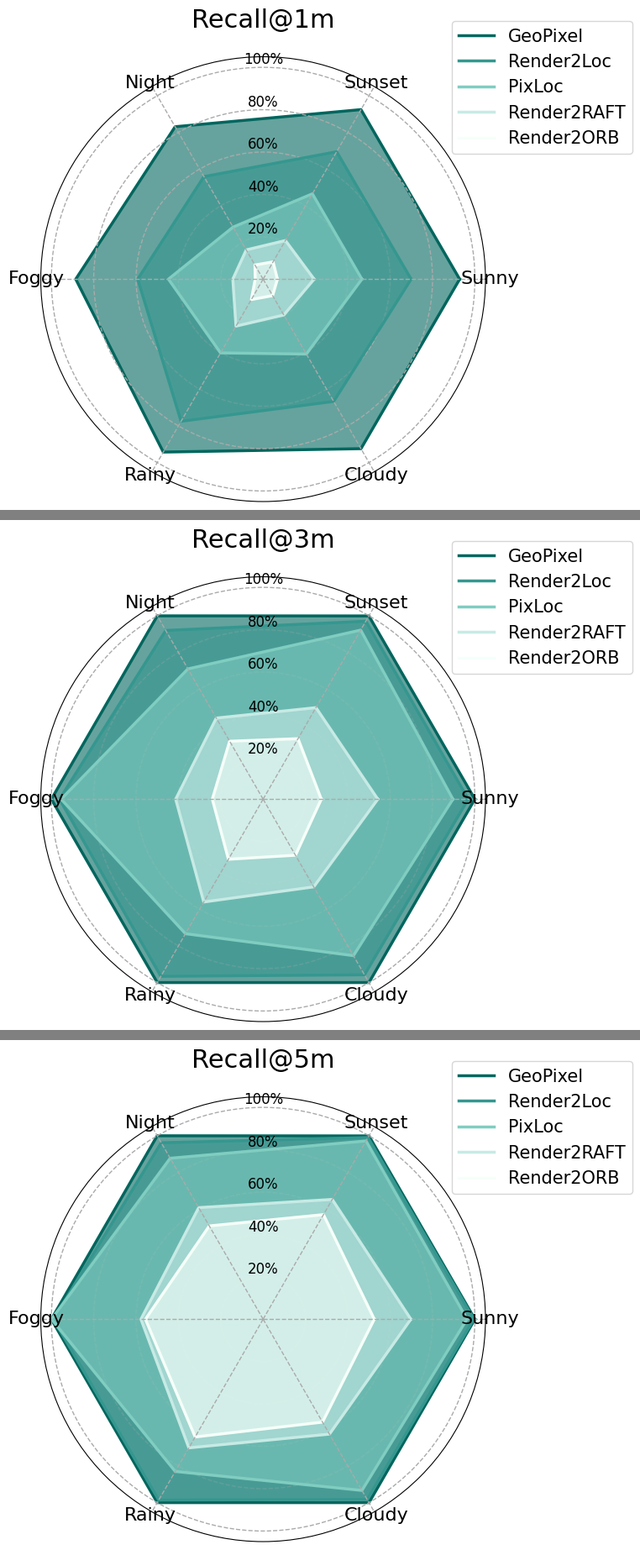
Repository: lilianna111/PiLoT_v2_rebuttal
Script's output: python Pilot_0528/preprocess/vis/CVPR_vis/radar_vis_v2.py
An editor plug-in stored every save of this project. The script's output is shown before and after a run of saves, followed by the edit.
The pictures are shown at 84% of full size.
Each picture stacks the figures in order, with grey between them; figures that are only written to a file come last. Random numbers start from a fixed seed.

Above is the script's output before, as saved 2025-11-03 16:10:41.

### Pilot_0528/preprocess/vis/CVPR_vis/radar_vis_v2.py
import pandas as pd
import matplotlib.pyplot as plt
import numpy as np
import os
from matplotlib import rcParams

# === 1. 字体设置 (已修改) ===
# 设置全局字体为 Times New Roman
rcParams['font.family'] = 'serif'
rcParams['font.serif'] = ['Times New Roman']
# 移除全局坐标轴标签加粗的设置
# rcParams['axes.labelweight'] = 'bold' # 此行已被注释或删除

# === 数据表格 (未修改) ===
data = {
    "Method": ["Render2ORB", "FPVLoc", "Render2Loc", "Render2RAFT", "PixLoc"],
    "Sunny (1m/3m/5m Recall %)": ["6.75 / 27.48 / 52.50", "92.82 / 99.99 / 100.00", "69.90 / 96.86 / 99.52", "24.08 / 54.16 / 69.77", "46.64 / 89.63 / 96.29"],
    "Sunset (1m/3m/5m Recall %)": ["9.42 / 32.98 / 57.01", "92.43 / 99.90 / 99.93", "69.47 / 97.00 / 99.03", "21.06 / 49.90 / 65.29", "46.53 / 92.18 / 97.17"],
    "Night (1m/3m/5m Recall %)": ["7.70 / 31.59 / 50.84", "83.10 / 99.94 / 100.00", "55.89 / 91.97 / 96.21", "15.94 / 44.21 / 60.82", "28.37 / 71.02 / 87.75"],
    "Cloudy (1m/3m/5m Recall %)": ["3.72 / 23.98 / 55.58", "88.48 / 100.00 / 100.00", "59.22 / 96.13 / 99.04", "14.31 / 41.28 / 57.69", "44.69 / 95.37 / 99.91"],
    "Rainy (1m/3m/5m Recall %)": ["11.12 / 32.75 / 64.19", "94.28 / 99.98 / 100.00", "77.49 / 96.57 / 98.59", "25.61 / 56.04 / 70.13", "40.21 / 73.33 / 82.99"],
    "Foggy (1m/3m/5m Recall %)": ["8.98 / 30.56 / 56.10", "92.42 / 99.98 / 100.00", "66.66 / 95.74 / 98.27", "19.54 / 47.80 / 62.64", "40.84 / 85.30 / 93.34"]
}
df = pd.DataFrame(data)

# === 其余设置 (未修改) ===
methods_name = {
    "FPVLoc": "GeoPixel", "Render2Loc": "Render2Loc", "PixLoc": "PixLoc",
    "Render2RAFT": "Render2RAFT", "Render2ORB": "Render2ORB",
}
methods_color = {
    "GeoPixel":    "#01665e",
    "Render2Loc":  "#35978f",
    "PixLoc":      "#80cdc1",
    "Render2RAFT": "#c7eae5",
    "Render2ORB":  "#f6fff9"
}
weather_labels = ['Sunny',  'Sunset', 'Night', 'Foggy','Rainy', 'Cloudy']
angles = np.linspace(0, 2 * np.pi, len(weather_labels), endpoint=False).tolist()
angles += angles[:1]
output_dir = "./outputs" # 修改为当前目录下的outputs文件夹，方便测试
os.makedirs(output_dir, exist_ok=True)
recall_indices = { "Recall@1m": 0, "Recall@3m": 1, "Recall@5m": 2 }

# === 2. 绘图循环 (已修改字体大小和样式) ===
for recall_name, recall_idx in recall_indices.items():
    fig, ax = plt.subplots(figsize=(8, 8), subplot_kw=dict(polar=True)) # 稍微增大了画布
    ax.set_ylim(0, 105)
    ax.set_facecolor("white")
    fig.patch.set_facecolor("white")

    method_lines = []
    for i, row in df.iterrows():
        method_key = row["Method"]
        method_label = methods_name.get(method_key, method_key)
        color = methods_color[method_label]

        values = []
        for col in df.columns[1:]:
            parts = [float(x.strip()) for x in row[col].split('/')]
            values.append(parts[recall_idx])
        values += values[:1]
        mean_recall = np.mean(values[:-1])
        method_lines.append((mean_recall, method_label, values, color))

    method_lines.sort()

    for z, (mean_recall, method_label, values, color) in enumerate(method_lines[::-1]):
        ax.fill(angles, values, color=color, alpha=0.6, linewidth=0, zorder=z * 2)
        ax.plot(angles, values, label=method_label, color=color, linewidth=2.5, zorder=z * 2 + 1) # 线条加粗一点更好看

    ax.grid(True, linestyle="--", linewidth=1, color="#AAAAAA", zorder=1000)
    ax.set_xticks([])

    # 自定义天气标签 (字体放大, 去除加粗)
    for angle, label in zip(angles[:-1], weather_labels):
        ax.text(angle, 107, label, ha='center', va='center',
                fontsize=16, zorder=2000) # fontweight='bold' 已移除

    ax.set_yticklabels([])

    # 手动绘制极径标签 (字体放大, 去除加粗)
    for r in [20, 40, 60, 80, 100]:
        ax.text(np.pi / 2, r, f"{r}%", ha='center', va='bottom',
                fontsize=12, zorder=2000) # fontweight='bold' 已移除

    for angle in angles[:-1]:
        ax.plot([angle, angle], [0, 105], color="#AAAAAA", linewidth=1, linestyle='--', zorder=1000)

    # 图标题 (字体放大, 去除加粗)
    ax.set_title(recall_name, fontsize=22, pad=25) # fontweight='bold' 已移除

    # 图例 (字体放大)
    ax.legend(loc='upper right', bbox_to_anchor=(1.35, 1.1), fontsize=15, frameon=True)

    plt.tight_layout()
    out_path = os.path.join(output_dir, f"radar_{recall_name}_times_final.png")
    plt.savefig(out_path, dpi=300, bbox_inches='tight')
    plt.close()

print(f"✅ 所有雷达图已保存至：{out_path}")

After the next 2 saves:
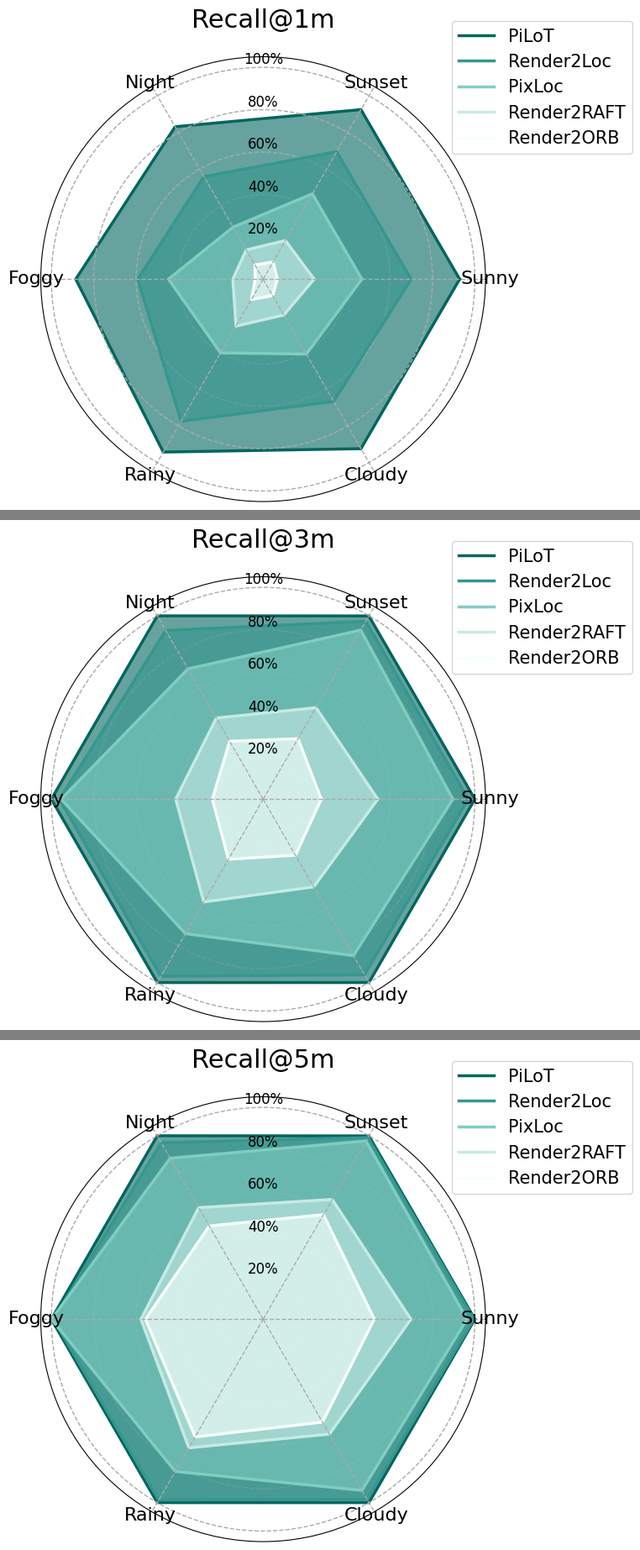
The 2 saves are shown as one change because 1 did not build or start.
The last was saved 24 s later.
--- a/Pilot_0528/preprocess/vis/CVPR_vis/radar_vis_v2.py
+++ b/Pilot_0528/preprocess/vis/CVPR_vis/radar_vis_v2.py
@@ -25,11 +25,11 @@ df = pd.DataFrame(data)
 
 # === 其余设置 (未修改) ===
 methods_name = {
-    "FPVLoc": "GeoPixel", "Render2Loc": "Render2Loc", "PixLoc": "PixLoc",
+    "FPVLoc": "PiLoT", "Render2Loc": "Render2Loc", "PixLoc": "PixLoc",
     "Render2RAFT": "Render2RAFT", "Render2ORB": "Render2ORB",
 }
 methods_color = {
-    "GeoPixel":    "#01665e",
+    "PiLoT":    "#01665e",
     "Render2Loc":  "#35978f",
     "PixLoc":      "#80cdc1",
     "Render2RAFT": "#c7eae5",
